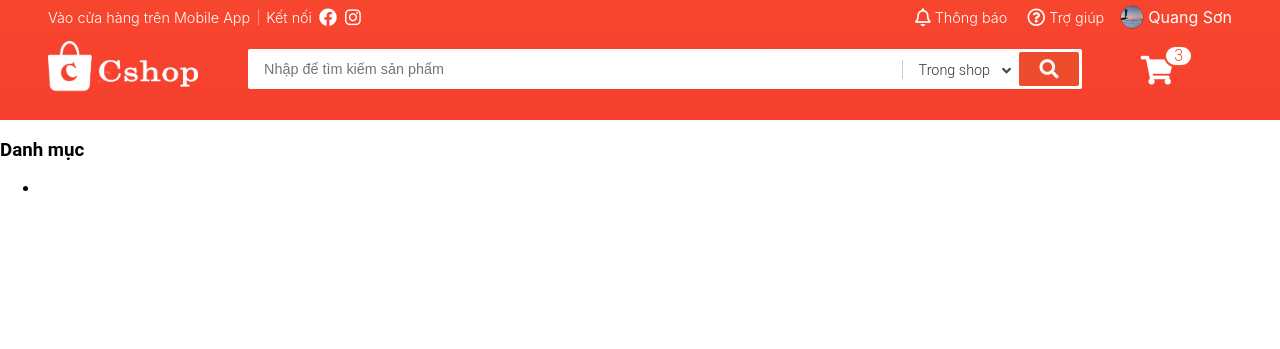
Repository: Qson412/BTL_Web
Page: index.html
These files come from the project's save history. The page is drawn as it stood at one moment and after the next save; the edit follows.
The browser window is 1280 px wide. The pictures show the whole page.

Above is the page before, as saved 2021-11-30 20:41:02.

### index.html
<!DOCTYPE html>
<html lang="en">

<head>
    <meta charset="UTF-8">
    <meta http-equiv="X-UA-Compatible" content="IE=edge">
    <meta name="viewport" content="width=device-width, initial-scale=1.0">
    <link rel="stylesheet" href="./base.css">
    <link rel="stylesheet" href="./main.css">
    <link rel="stylesheet" href="./fontawesome-free-5.15.4-web/css/all.min.css">
    <link rel="preconnect" href="https://fonts.googleapis.com">
    <link rel="preconnect" href="https://fonts.gstatic.com" crossorigin>
    <link href="https://fonts.googleapis.com/css2?family=Poppins:wght@300;400;500;600&display=swap" rel="stylesheet">
    <title>Trang trủ</title>
</head>

<body>
    <div class="app">
        <!-- HEADER -->
        <header class="header">
            <div class="grid">
                <nav class="header__navbar">
                    <ul class="header__navbar-list">
                        <li class="header__navbar-item header__navbar-item--has-qr header__navbar-item--separate">
                            Vào cửa hàng trên Mobile App
                            <!--Link Dowloads App in QR, GG Play and AppStore-->
                            <div class="header__qr">
                                <img src="./uploads/link_logo/qr_code.png" alt="QR code" class="header__qr-img">
                                <div class="header__qr-app">
                                    <!--Link Dowloads App in GG Play-->
                                    <a href="https://play.google.com/store/apps/details?id=com.shopee.vn&hl=vi&gl=US"
                                        class="header__qr-link"><img src="./uploads/link_logo/gg_play.png"
                                            alt="Google Play" class="header__qr-dowloads-img"></a>
                                    <!--Link Dowloads App in AppStore-->
                                    <a href="https://apps.apple.com/vn/app/id959841449" class="header__qr-link"><img
                                            src="./uploads/link_logo/appstore.png" alt="App Store"
                                            class="header__qr-dowloads-img"></a>
                                </div>
                            </div>
                        </li>
                        <li class="header__navbar-item">
                            <span class="header__navbar-title--no-poiter">Kết nối</span>
                            <a href="https://www.facebook.com/" class="header__navbar-icon-link"><i
                                    class="header__navbar-icon fab fa-facebook"></i></a>
                            <a href="https://www.instagram.com/" class="header__navbar-icon-link"><i
                                    class="header__navbar-icon fab fa-instagram"></i></a>
                        </li>
                    </ul>

                    <ul class="header__navbar-list">
                        <li class="header__navbar-item header__navbar-item--has-notify"><a href=""
                                class="header__navbar-item-link">
                                <i class="header__navbar-icon far fa-bell"></i>
                                Thông báo</a>
                            <!-- Header Notification-->
                            <div class="header__notify">
                                <header class="header__notify-header">
                                    <h3> Thông báo mới nhận</h3>
                                </header>
                                <ul class="header__notify-list">
                                    <li class="header__notify-item header__notify-item--viewed">
                                        <a href="" class="header__notify-link">
                                            <img src="https://cf.shopee.vn/file/3096ba0dd1902385608dca97184bb28b_tn"
                                                alt="" class="header__notify-img">
                                            <div class="header__notify-info">
                                                <span class="header__notify-name">
                                                    Dòng điện thoại SamSung chính hãng vừa ra mắt. </span>
                                                <span class="header__notify-descriotion">
                                                    Mô tả: SamSung Galaxy Z Fold3 5G.
                                                </span>
                                            </div>
                                        </a>
                                    </li>

                                    <li class="header__notify-item ">
                                        <a href="" class="header__notify-link">
                                            <img src="https://cf.shopee.vn/file/98a817a6d4d54cbe3c3f241815fc9c8f" alt=""
                                                class="header__notify-img">
                                            <div class="header__notify-info">
                                                <span class="header__notify-name">
                                                    Siêu sale hàng chính hãng cùng Oppo </span>
                                                <span class="header__notify-descriotion">
                                                    Mô tả: OPPO RENO 6(8GB | 128GB) - Hàng chính hãng.
                                                </span>
                                            </div>
                                        </a>
                                    </li>

                                    <li class="header__notify-item header__notify-item--viewed">
                                        <a href="" class="header__notify-link">
                                            <img src="https://cf.shopee.vn/file/cd2c1b70c092a7ce16bf17bdd33a638e" alt=""
                                                class="header__notify-img">
                                            <div class="header__notify-info">
                                                <span class="header__notify-name">
                                                    Xiaomi đang giảm giá dòng sản phẩm mới với giá cực sốc.</span>
                                                <span class="header__notify-descriotion">
                                                    Mô tả: Xiaomi Redmi 10(4GB|128GB) - Hàng chính hãng.
                                                </span>
                                            </div>
                                        </a>
                                    </li>
                                </ul>
                                <footer class="header__notify-footer">
                                    <a href="" class="header__notify-footer-btn">Xem tất cả</a>
                                </footer>
                            </div>
                        </li>
                        <li class="header__navbar-item"><a href="" class="header__navbar-item-link">
                                <i class="header__navbar-icon far fa-question-circle"></i>
                                Trợ giúp</a>
                        </li>
                        <!-- <li class="header__navbar-item header__navbar-item--strong header__navbar-item--separate">Đăng
                            ký</li>
                        <li class="header__navbar-item header__navbar-item--strong">Đăng nhập</li> -->

                        <li class="header__navbar-item header__navbar-user">
                            <img src="./uploads/User/user1.jpg" alt="" class="header__navbar-user-img">
                            <span class="header__navbar-user-name">Quang Sơn</span>

                            <ul class="header__navbar-user-menu">
                                <li class="header__navbar-user-item"><a href="">Tài khoản của tôi</a> </li>
                                <li class="header__navbar-user-item"><a href=""> Địa chỉ</a> </li>
                                <li class="header__navbar-user-item"><a href="">Đơn mua</a></li>
                                <li class="header__navbar-user-item header__navbar-user-item--separate"><a href="">Đăng xuất</a></li>
                            </ul>
                        </li>
                    </ul>
                </nav>
                <!-- Header-with-search -->
                <div class="header-with-search">
                    <div class="header__logo">
                        <a href="index.html" class="header__logo-link">
                            <img src="./uploads/link_logo/logo.png" alt="" class="header__logo-img">
                        </a>
                    </div>

                    <div class="header__search">
                        <div class="header__search-input-wrap">
                            <input type="text" class="header__search-input" placeholder="Nhập để tìm kiếm sản phẩm">
                            <!-- Search History -->
                            <div class="header__search-history">
                                <h4 class="header__search-history-heading">Lịch sử tìm kiếm</h4>
                                <ul class="header__search-history-list">
                                    <li class="header__search-history-item">
                                        <a href="">Xiaomi</a>
                                    </li>
                                    <li class="header__search-history-item">
                                        <a href="">Oppo</a>
                                    </li>
                                    <li class="header__search-history-item">
                                        <a href="">SamSung</a>
                                    </li>
                                </ul>
                            </div>
                        </div>
                        <div class="header__search-select">
                            <span class="header__search-select-label">Trong shop</span>
                            <i class="header__search-select-icon fas fa-angle-down"></i>

                            <ul class="header__search-option">
                                <li class="header__search-option-item header__search-option-item--active">
                                    <span>Trong shop</span>
                                    <i class="fas fa-check"></i>
                                </li>
                                <li class="header__search-option-item header__search-option-item--active">
                                    <span>Ngoài shop</span>
                                    <i class="fas fa-check"></i>
                                </li>
                            </ul>
                        </div>
                        <button class="header__search-btn"><i
                                class="header__search-btn-icon fas fa-search"></i></button>
                    </div>

                    <!-- Cart Layout -->
                    <div class="header__cart">
                        <div class="header__cart-wrap">
                            <i class="header__cart-icon fas fa-shopping-cart"></i>
                            <span class="header__cart-notice">3</span>
                            <!-- No cart: header__cart-list--no-cart thêm class vào sau header__cart-list -->
                            <div class="header__cart-list ">
                                <img src="./uploads/link_logo/no_cart.png" alt="" class="header__cart-no-cart-img">
                                <span class="header__cart-list-no-cart-msg">Chưa có sản phẩm</span>

                                <h4 class="header__cart-heading">Sản phẩm đã thêm</h4>
                                <!-- Cart item -->
                                <ul class="header__cart-list-item">

                                    <li class="header__cart-item">
                                        <img src="https://cf.shopee.vn/file/3a1e507ae75fcce015269797801ffd8e" alt=""class="header__cart-img">

                                        <div class="header__cart-item-info">
                                            <div class="header__cart-item-head">
                                                <h5 class="header__cart-item-name">Iphone 13</h5>
                                                <div class="header__cart-item-price-wrap">
                                                    <span class="header__cart-item-price">33.550.000đ</span>
                                                    <span class="header__cart-item-multiply">x</span>
                                                    <span class="header__cart-item-qnt">1</span>
                                                </div>
                                            </div>

                                            <div class="header__cart-item-body">
                                                <span class="header__cart-item-description">Phân loại: Hồng</span>
                                                <span class="header__cart-item-remove">Xóa </span>
                                            </div>
                                        </div>
                                    </li>

                                    <li class="header__cart-item">
                                        <img src="./uploads/PhuKien/Sac/sac_1.jfif" alt=""class="header__cart-img">

                                        <div class="header__cart-item-info">
                                            <div class="header__cart-item-head">
                                                <h5 class="header__cart-item-name">Sạc dự phòng 20.000PmH</h5>
                                                <div class="header__cart-item-price-wrap">
                                                    <span class="header__cart-item-price">250.000đ</span>
                                                    <span class="header__cart-item-multiply">x</span>
                                                    <span class="header__cart-item-qnt">1</span>
                                                </div>
                                            </div>

                                            <div class="header__cart-item-body">
                                                <span class="header__cart-item-description">Phân loại: Trắng</span>
                                                <span class="header__cart-item-remove">Xóa </span>
                                            </div>
                                        </div>
                                    </li>

                                    <li class="header__cart-item">
                                        <img src="./uploads/PhuKien/HeadPhone/hp_1.jfif" alt=""class="header__cart-img">

                                        <div class="header__cart-item-info">
                                            <div class="header__cart-item-head">
                                                <h5 class="header__cart-item-name">Tai nghe Blutooth 5.0</h5>
                                                <div class="header__cart-item-price-wrap">
                                                    <span class="header__cart-item-price">150.000đ</span>
                                                    <span class="header__cart-item-multiply">x</span>
                                                    <span class="header__cart-item-qnt">2</span>
                                                </div>
                                            </div>

                                            <div class="header__cart-item-body">
                                                <span class="header__cart-item-description">Phân loại: Đen</span>
                                                <span class="header__cart-item-remove">Xóa </span>
                                            </div>
                                        </div>
                                    </li>
                                </ul>

                                <a href="#" class="btn btn--primary header__cart-view-cart"> Xem giỏ hàng</a>


                            </div>
                        </div>

                    </div>
                </div>
            </div>
        </header>
        <!-- Slider -->
        <div id="slider">
            <nav class="category">
                <h3 class="category__heading">Danh mục</h3>

                <ul class="category-list">
                    <li class="category-item">
                        <a href="#" class="category-item__link">

                        </a>
                    </li>
                </ul>
            </nav>
        </div>
        <div class="container">

        </div>

        <footer class="footer">

        </footer>
    </div>
    <!-- Modal Body-->
    <!-- <div class="modal">
        <div class="modal__overlay"> </div>

        <div class="modal__body">  -->

    <!-- Register Form-->
    <!-- <div class="auth-form">
                <div class="auth-form__container">
                    <div class="auth-form__header">
                        <h3 class="auth-form__heading">Đăng ký</h3>
                        <span class="auth-form__switch-btn">Đăng nhập</span>
                    </div>

                    <div class="auth-form__form">
                        <div class="auth-form__group">
                            <input type="text" class="auth-form__input" placeholder="Email của bạn">
                        </div>
                        <div class="auth-form__group">
                            <input type="password" class="auth-form__input" placeholder="Mật khẩu của bạn">
                        </div>
                        <div class="auth-form__group">
                            <input type="password" class="auth-form__input" placeholder="Nhập lại mật khẩu">
                        </div>
                    </div>
                    <div class="auth-form__aside">
                        <p class="auth-form__policy-text">Bằng việc đăng ký bạn đã đồng ý với QuangSon Mobie về
                            <a href="" class="auth-form__text-link">Điều khoản dịch vụ</a> &
                            <a href="" class="auth-form__text-link">Chính sách bảo mật.</a>
                        </p>
                    </div>
                    <div class="auth-form__controls">
                        <button class="btn auth-form__controls-back btn--normal">TRỞ LẠI</button>
                        <button class="btn btn--primary">ĐĂNG KÝ</button>
                    </div>
                </div>

                <div class="auth-form__socials">
                    <a href="" class="auth-form__socials--facebook btn btn--size-s btn--with-icon">
                        <i class="auth-form__socials-icon fab fa-facebook-square"></i>
                        <span class="auth-form__socials-title">Kết nối với Facebook</span></a>
                    <a href="" class="auth-form__socials--google btn btn--size-s btn--with-icon">
                        <i class="auth-form__socials-icon  fab fa-google"></i>
                        <span class="auth-form__socials-title">Kết nối với Google</span></a>
                </div>
            </div> -->


    <!-- Login Form-->
    <!-- <div class="auth-form">
            <div class="auth-form__container">
                <div class="auth-form__header">
                    <h3 class="auth-form__heading">Đăng nhập</h3>
                    <span class="auth-form__switch-btn">Đăng ký</span>
                </div>

                <div class="auth-form__form">
                    <div class="auth-form__group">
                        <input type="text" class="auth-form__input" placeholder="Email của bạn">
                    </div>
                    <div class="auth-form__group">
                        <input type="password" class="auth-form__input" placeholder="Mật khẩu của bạn">
                    </div>

                </div>
                <div class="auth-form__aside">
                    <div class="auth-form__help">
                        <a href="" class="auth-form__help-link auth-form__help-forgot">Quên mật khẩu</a>
                        <span class="auth-form__help-separate"></span>
                        <a href="" class="auth-form__help-link">Cần trợ giúp?</a>
                    </div>
                </div>
                <div class="auth-form__controls">
                    <button class="btn auth-form__controls-back btn--normal">TRỞ LẠI</button>
                    <button class="btn btn--primary">ĐĂNG NHẬP</button>
                </div>
            </div>

            <div class="auth-form__socials">
                <a href="" class="auth-form__socials--facebook btn btn--size-s btn--with-icon">
                    <i class="auth-form__socials-icon fab fa-facebook-square"></i>
                    <span class="auth-form__socials-title">Kết nối với Facebook</span></a>
                <a href="" class="auth-form__socials--google btn btn--size-s btn--with-icon">
                    <i class="auth-form__socials-icon  fab fa-google"></i>
                    <span class="auth-form__socials-title">Kết nối với Google</span></a>
            </div>
        </div>
        </div>
    </div> -->

</body>

</html>

### base.css
body{
    margin: 0;
    padding: 0;
    font-family: 'Roboto' , sans-serif;
    font-weight: 300;
}
/* Responsive */
.grid{
    width: 1200px;
    max-width: 100%;
    margin: 0 auto;
}

.grid__full-width{
    width: 100%;
}

.grid__row{
    display: flex;
    flex-wrap: wrap;
}



/* Animation */
@keyframes fadeIn{
    from{
        opacity: 0;
    }
    to{
        opacity: 1;
    }
}


@keyframes growth{
    from{
        transform: scale(var(--growth-from));
    }
    to{
        transform: scale(var(--growth-to));
    }
}
/* Bien ma mau*/
:root{
    --primary-color: #ee4d2d;
    --border-color: #dbdbdb;
    --navbar-height: 34px;
    --header-height:120px;
    --header-with-search-height: calc(var(--header-height) - var(--navbar-height));
}

/* Modal */
.modal{
    position: fixed;
    top: 0;
    right: 0;
    left: 0;
    bottom: 0;
    display: flex;
    animation: fadeIn linear 0.1s;
}

.modal__overlay{
    position: absolute;
    width: 100%;
    height: 100%;
    background-color: rgba(0,0,0, 0.4);
}

.modal__body{
    --growth-from: 0.7;
    --growth-to: 1;
    z-index: 1;
    position: relative;
    animation: growth linear 0.2s;
    margin: auto;
}
/* Button style */
.btn{
    min-width: 124px;
    height: 36px;
    text-decoration: none;
    border: none;
    border-radius: 2px;
    font-size: 1rem;
    padding: 0 12px;
    outline: none;
    cursor: pointer;
   color: black;
   display: flex;
   align-items: center;
   justify-content: center;
   background-color: white;
   line-height: 1.4rem;
}

.btn.btn--normal:hover{
    background-color: rgba(0,0,0, 0.05);
}

.btn.btn--size-s{
    padding: 0 8px;
    height: 30px;
    font-size: 12px;
}
.btn.btn--primary{
    color: white;
    background-color: var(--primary-color);
}

.btn.btn--disabled{
    color: #949494;
    cursor: default;
    background-color: #c3c3c3;
    filter: brightness(80%);
}

Loaded but not shown: fontawesome-free-5.15.4-web/css/all.min.css (library); main.css (801 lines, source omitted)

After the next save:
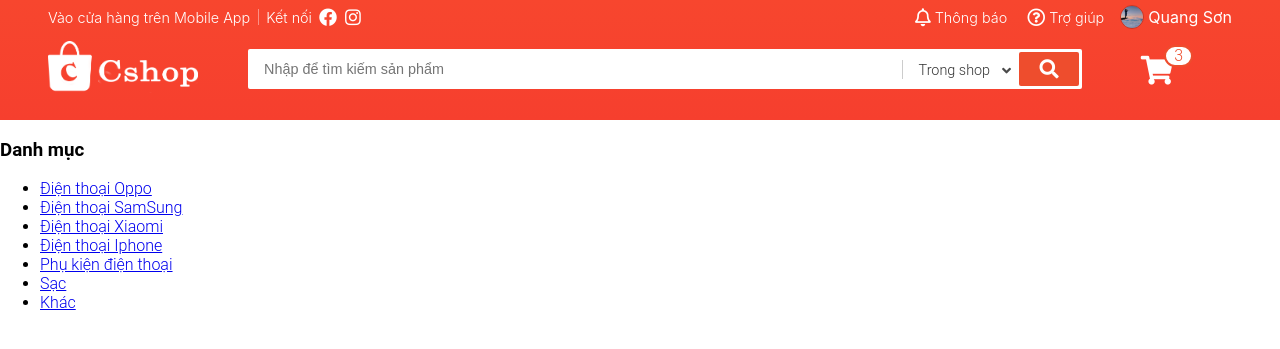
Saved 4 min 5 s later.
--- a/index.html
+++ b/index.html
@@ -265,7 +265,37 @@
                 <ul class="category-list">
                     <li class="category-item">
                         <a href="#" class="category-item__link">
-
+                            Điện thoại Oppo
+                        </a>
+                    </li>
+                    <li class="category-item">
+                        <a href="#" class="category-item__link">
+                            Điện thoại SamSung
+                        </a>
+                    </li>
+                    <li class="category-item">
+                        <a href="#" class="category-item__link">
+                            Điện thoại Xiaomi
+                        </a>
+                    </li>
+                    <li class="category-item">
+                        <a href="#" class="category-item__link">
+                            Điện thoại Iphone
+                        </a>
+                    </li>
+                    <li class="category-item">
+                        <a href="#" class="category-item__link">
+                            Phụ kiện điện thoại
+                        </a>
+                    </li>
+                    <li class="category-item">
+                        <a href="#" class="category-item__link">
+                            Sạc
+                        </a>
+                    </li>
+                    <li class="category-item">
+                        <a href="#" class="category-item__link">
+                            Khác
                         </a>
                     </li>
                 </ul>
